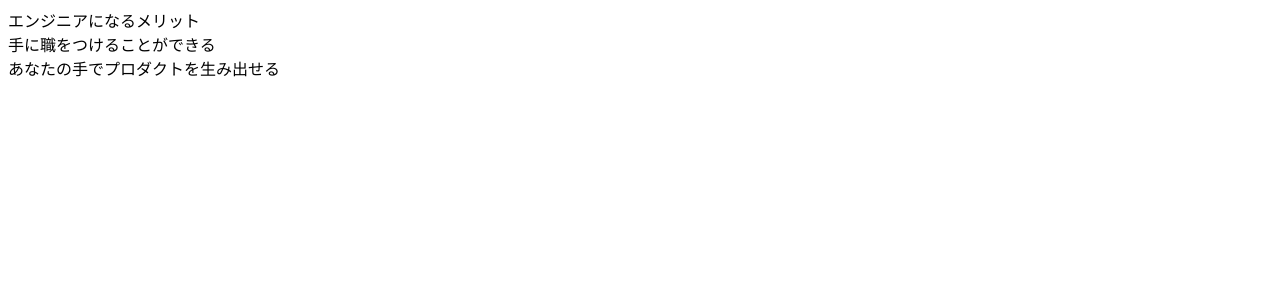
Repository: m-mao/firsa_app
Page: html_css/output_htmcss/output3.html
The author's editor kept a record of every edit. The page is drawn from the files as they stood at one moment, then again after the next edit.
The browser window is 1280 px wide. The pictures show the whole page.

Above is the page before.

### html_css/output_htmcss/output3.html
<!DOCTYPE HTML>
<html>
  <head>
    <meta charset="UTF-8">
    <title>チームアウトプット</title>
  </head>
  <body>
    <header>
      エンジニアになるメリット
    </header>
    <div class="contents">
    </div>
        <div class="benefit1">
            手に職をつけることができる
        </div>
        <div class="benefit2">
            あなたの手でプロダクトを生み出せる
        </div>
        <div class="benefit3">
        </div>
  </body>
</html>

After the next edit:
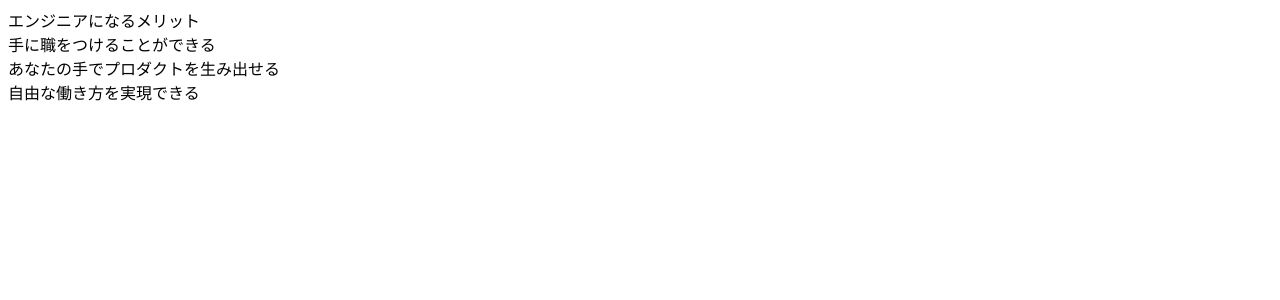
The edit:
--- a/html_css/output_htmcss/output3.html
+++ b/html_css/output_htmcss/output3.html
@@ -17,6 +17,7 @@
             あなたの手でプロダクトを生み出せる
         </div>
         <div class="benefit3">
+            自由な働き方を実現できる
         </div>
   </body>
 </html>
